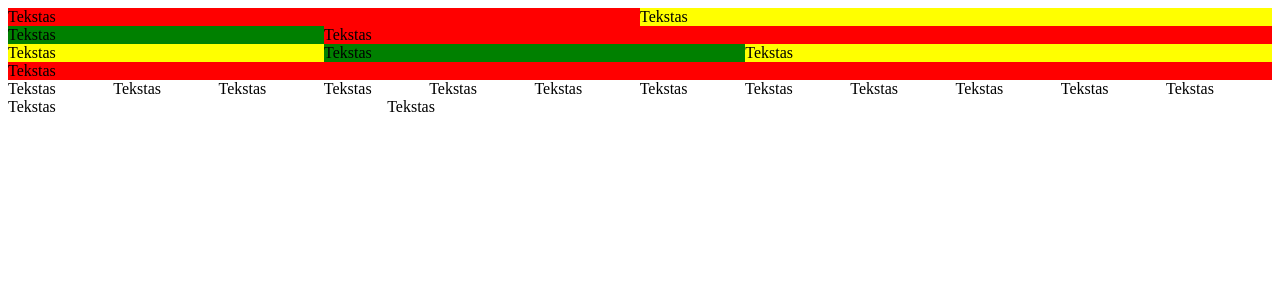
Repository: motiejus1/05-paskaita
Page: index.html
The author's editor kept a copy of each file at every save. The page is drawn from the files as they stood at one save, then again after a run of saves.
The browser window is 1280 px wide. The pictures show the whole page.

Above is the page before, as saved 2021-06-07 18:53:48.

### index.html
<!DOCTYPE html>
<html lang="en">
<head>
    <meta charset="UTF-8">
    <meta http-equiv="X-UA-Compatible" content="IE=edge">
    <meta name="viewport" content="width=device-width, initial-scale=1.0">
    <title>Pentoji paskaita</title>
    <style>
        * {
            box-sizing: border-box;
        }

        .col-1 {
            width: 8.33%;
        }

        .col-2 {
            width: 16.66%;
        }

        .col-3 {
            width: 25%;
        }

        .col-4 {
            width: 33.33%;
        }

        .col-5 {
            width: 41.66%;
        }

        .col-6 {
            width: 50%;
        }

        .col-7 {
            width: 58.33%;
        }

        .col-8 {
            width: 66.66%;
        }

        .col-9 {
            width:75%;
        }

        .col-10 {
            width: 83.33%;
        }

        .col-11 {
            width: 91.66%;
        }

        .col-12 {
            width: 100%;
        }

        [class*="col-"] {
            float:left;
        }

        .raudona {
            background-color: red;
        }

        .geltona {
            background-color: yellow;
        }

        .zalia {
            background-color: green;
        }

         .row {
            float: left;
            width: 100%;
        }

        .col-ekrano-30 {
            width: 30%;
        }

        .col-ekrano-70 {
            width: 70%;
        }
    </style>

</head>
<body>
    <div class="row">
        <div class="col-6 raudona">Tekstas</div>
        <div class="col-6 geltona">Tekstas</div>
    </div>

    <div class="row">
        <div class="col-3 zalia">Tekstas</div>
        <div class="col-9 raudona">Tekstas</div>
    </div>

    <div class="row">
        <div class="col-3 geltona">Tekstas</div>
        <div class="col-4 zalia">Tekstas</div>
        <div class="col-5 geltona">Tekstas</div>
    </div>

    <div class="row">
        <div class="col-12 raudona">Tekstas</div>
    </div>

    <div class="row">
        <div class="col-1">Tekstas</div>
        <div class="col-1">Tekstas</div>
        <div class="col-1">Tekstas</div>
        <div class="col-1">Tekstas</div>
        <div class="col-1">Tekstas</div>
        <div class="col-1">Tekstas</div>
        <div class="col-1">Tekstas</div>
        <div class="col-1">Tekstas</div>
        <div class="col-1">Tekstas</div>
        <div class="col-1">Tekstas</div>
        <div class="col-1">Tekstas</div>
        <div class="col-1">Tekstas</div>
    </div>

    <div class="row">
        <div class="col-ekrano-30">Tekstas</div>
        <div class="col-">Tekstas</div>
    </div>



</body>
</html>

After the next 4 saves:
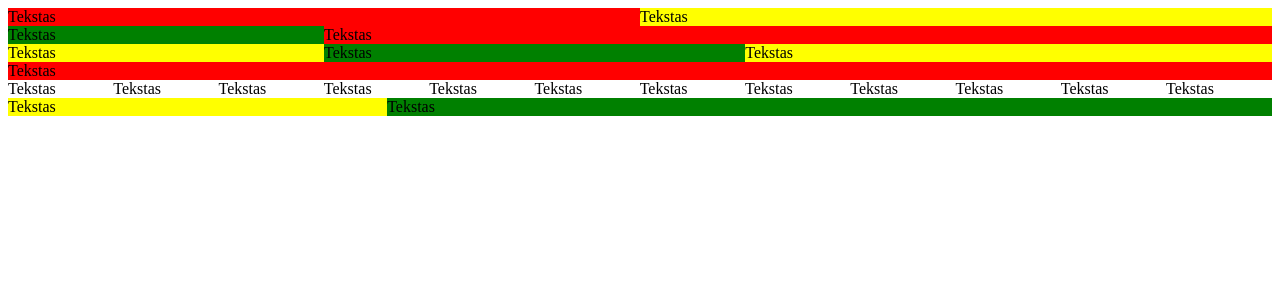
The 4 saves are shown as one change because they came seconds apart.
The last was saved 12 s later.
--- a/index.html
+++ b/index.html
@@ -126,8 +126,8 @@
     </div>
 
     <div class="row">
-        <div class="col-ekrano-30">Tekstas</div>
-        <div class="col-">Tekstas</div>
+        <div class="col-ekrano-30 geltona">Tekstas</div>
+        <div class="col-ekrano-70 zalia">Tekstas</div>
     </div>
 
 
